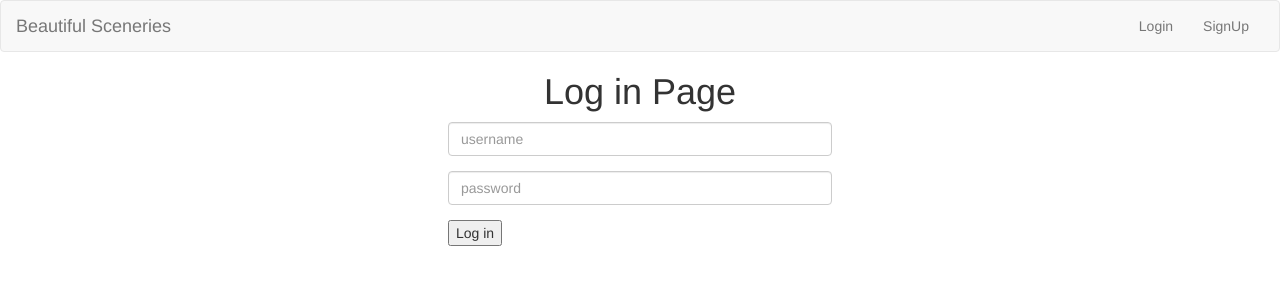
Repository: sameer1994/awesome-sceneries
Page: http://localhost/login
The author's editor kept a record of every edit. The page is drawn from the files as they stood at one moment, then again after the next edit.
The browser window is 1280 px wide. The pictures show the whole page.
The page is served by the project's Node server (camps/app.js).

Above is the page before.

After the next edit:
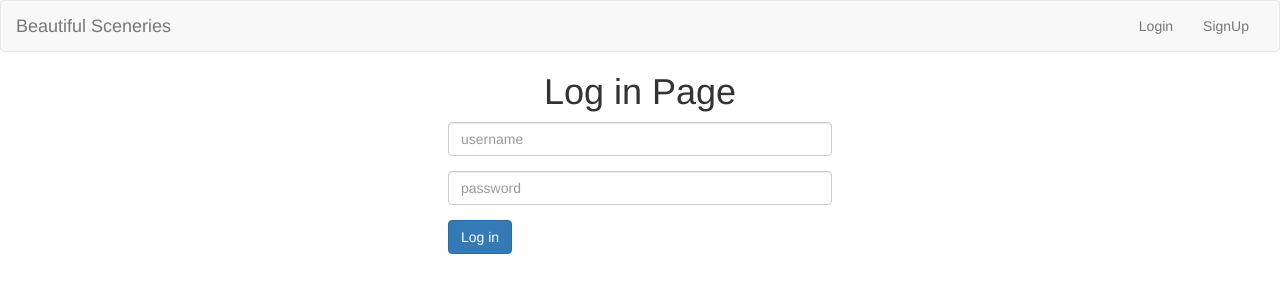
The edit:
--- a/camps/views/login.ejs
+++ b/camps/views/login.ejs
@@ -8,7 +8,7 @@
 <div class="form-group">
 <input class="form-control" type="password" name="password" placeholder="password">
 </div>
-<button>Log in</button>
+<button class="btn btn-primary">Log in</button>
 </form>
 </div>
 <% include ./partials/footer%>
